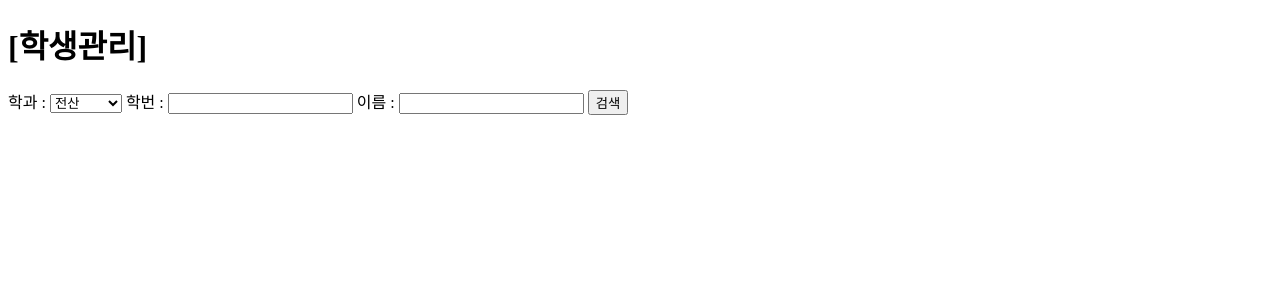
Repository: whwlsghkstm/html
Page: Ex0508/WebContent/slist.html
An editor plug-in stored every save of this project. The page is shown before and after the next save, followed by the edit.
The browser window is 1280 px wide. The pictures show the whole page.
Some web libraries are served in a nearby version.

Above is the page before, as saved 2020-05-08 00:45:14.

### Ex0508/WebContent/slist.html
<!DOCTYPE html>
<html>
<head>
	<meta charset="UTF-8">
	<title>밤새 모니터에 튀긴 침이 마르기도 전에</title>
</head>
<body>
	<h1>[학생관리]</h1>
	<div>
		학과 : <select id="dept">
			<option>전산</option>
			<option>전자</option>
			<option>건축</option>
			<option>실용음악</option>
		</select>
		학번 : <input type="text" id="scode" maxlength=8>
		이름 : <input type="text" id="sname">
		<button id="btnSearch">검색</button>
	</div>
</body>
</html>

After the next save:
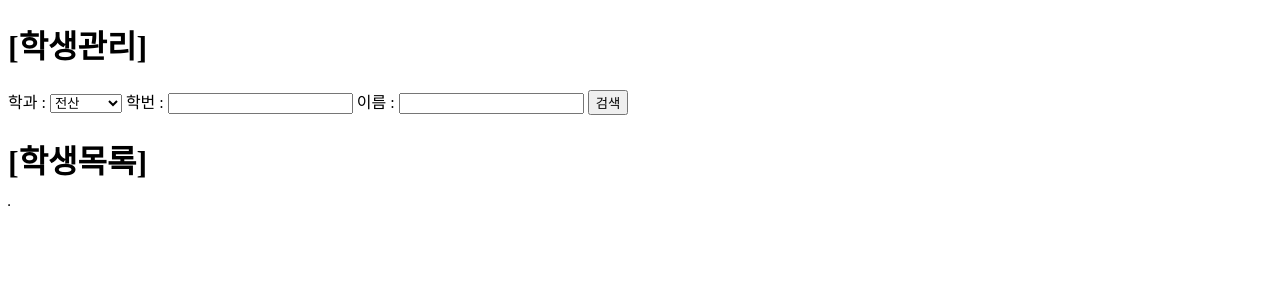
Saved 3 min 37 s later.
--- a/Ex0508/WebContent/slist.html
+++ b/Ex0508/WebContent/slist.html
@@ -3,6 +3,8 @@
 <head>
 	<meta charset="UTF-8">
 	<title>밤새 모니터에 튀긴 침이 마르기도 전에</title>
+	<script src="http://code.jquery.com/jquery-1.9.1.js"></script>
+	<script src="https://cdnjs.cloudflare.com/ajax/libs/handlebars.js/3.0.1/handlebars.js"></script>
 </head>
 <body>
 	<h1>[학생관리]</h1>
@@ -17,5 +19,50 @@
 		이름 : <input type="text" id="sname">
 		<button id="btnSearch">검색</button>
 	</div>
+
+	<h1>[학생목록]</h1>
+	<table id="tab" border=1></table>
+	<script id="temp" type="text/x-handlebars-template">
+			<tr class="title">
+				<td><input type="checkbox" id="checkAll"></td>
+				<td>교수번호</td>
+				<td>교수이름</td>
+				<td>소속학과</td>
+				<td>임용일</td>
+				<td>직급</td>
+				<td>급여</td>
+			</tr>
+
+		{{#each sArray}}
+			<tr class="row">
+				<td><input type="checkbox" class="check"></td>
+				<td class="pcode">{{pcode}}</td>
+				<td class="pname">{{pname}}</td>
+				<td class="dept">{{dept}}</td>
+				<td class="hiredate">{{hiredate}}</td>
+				<td class="title">{{title}}</td>
+				<td class="salary">{{salary}}</td>
+			</tr>
+		{{/each}}
+	</script>
+	<span id="total"></span>
 </body>
+
+<script>
+	$("#btnSearch").on("click", function(){
+		var dept=$("#dept").val();
+		alert(dept);
+		$.ajax({
+			type:"get",
+			url:"slist.jsp",
+			data:{"dept":dept},
+			dataType:"json",
+			success:function(data){
+				$("#total").html(dept+"학과 학생인원수 : "+data.cnt);
+				var temp=Handlebars.compile($("#temp").html());
+				$("#tab").html(temp(data));
+			}
+		});
+	});
+</script>
 </html>
